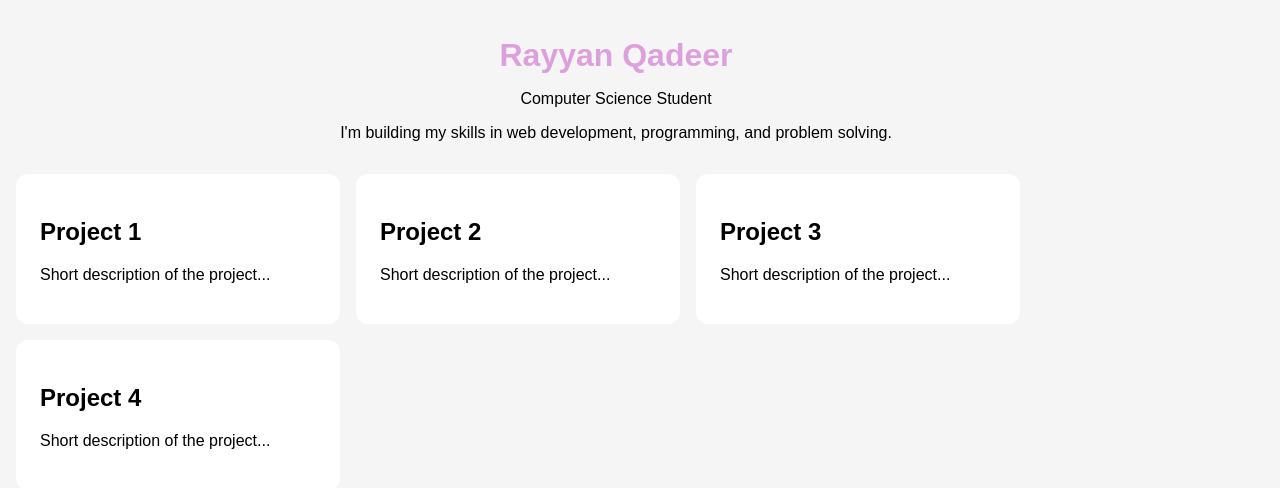
Repository: rayyan-qadeer/rayyan-qadeer
Page: index.html
These files come from the project's save history. The page is drawn as it stood at one moment and after the next save; the edit follows.
The browser window is 1280 px wide. The pictures show the whole page.

Above is the page before, as saved 2026-04-22 13:49:39.

### index.html
<!doctype html>
<html lang="en">
  <head>
    <meta charset="UTF-8" />
    <meta name="viewport" content="width=device-width, initial-scale=1.0" />
    <title>Rayyan Qadeer Portfolio</title>
    <link rel="stylesheet" href="./styles/globals.css" />
    <link rel="stylesheet" href="./styles/index.css" />
  </head>
  <body>
    <main>
      <header>
        <h1>Rayyan Qadeer</h1>
        <p>Computer Science Student</p>
        <p>
          I'm building my skills in web development, programming, and problem
          solving.
        </p>
      </header>

      <section class="projects">
        <article class="card">
          <h2>Project 1</h2>
          <p>Short description of the project...</p>
        </article>

        <article class="card">
          <h2>Project 2</h2>
          <p>Short description of the project...</p>
        </article>

        <article class="card">
          <h2>Project 3</h2>
          <p>Short description of the project...</p>
        </article>

        <article class="card">
          <h2>Project 4</h2>
          <p>Short description of the project...</p>
        </article>
      </section>
    </main>
  </body>
</html>

### styles/globals.css
body {
    margin: 0rem;
    font-family: Arial, Helvetica, sans-serif;
    background-color: whitesmoke;
    color: black
}

### styles/index.css
main {
  padding: 1rem;
  max-width: 1200px;
  margin: 0rem;
}

header {
  text-align: center;
  margin-bottom: 2rem;
}

header h1 {
  margin-bottom: 0.5rem;
  color: plum;
}

.projects {
  display: flex;
  flex-direction: column;
  gap: 1rem;
}

.card {
  background-color: white;
  padding: 1.5rem;
  border-radius: 12px;
}

.card:hover {
  transform: translateY(-4px);
  background-color: lightgray;
}

@media (min-width: 768px) {
  .projects {
    flex-direction: row;
    flex-wrap: wrap;
  }

  .card {
    width: 48%;
  }
}

@media (min-width: 1024px) {
  .card {
    width: 23%;
  }
}

After the next save:
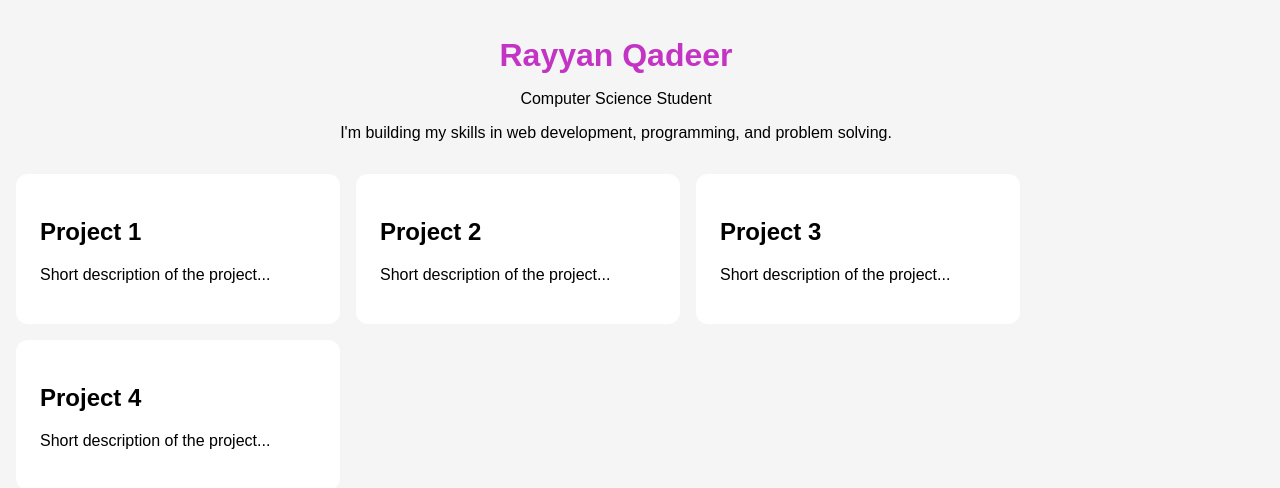
Saved 13 s later.
--- a/styles/index.css
+++ b/styles/index.css
@@ -11,7 +11,7 @@ header {
 
 header h1 {
   margin-bottom: 0.5rem;
-  color: plum;
+  color: rgb(196, 52, 196);
 }
 
 .projects {
